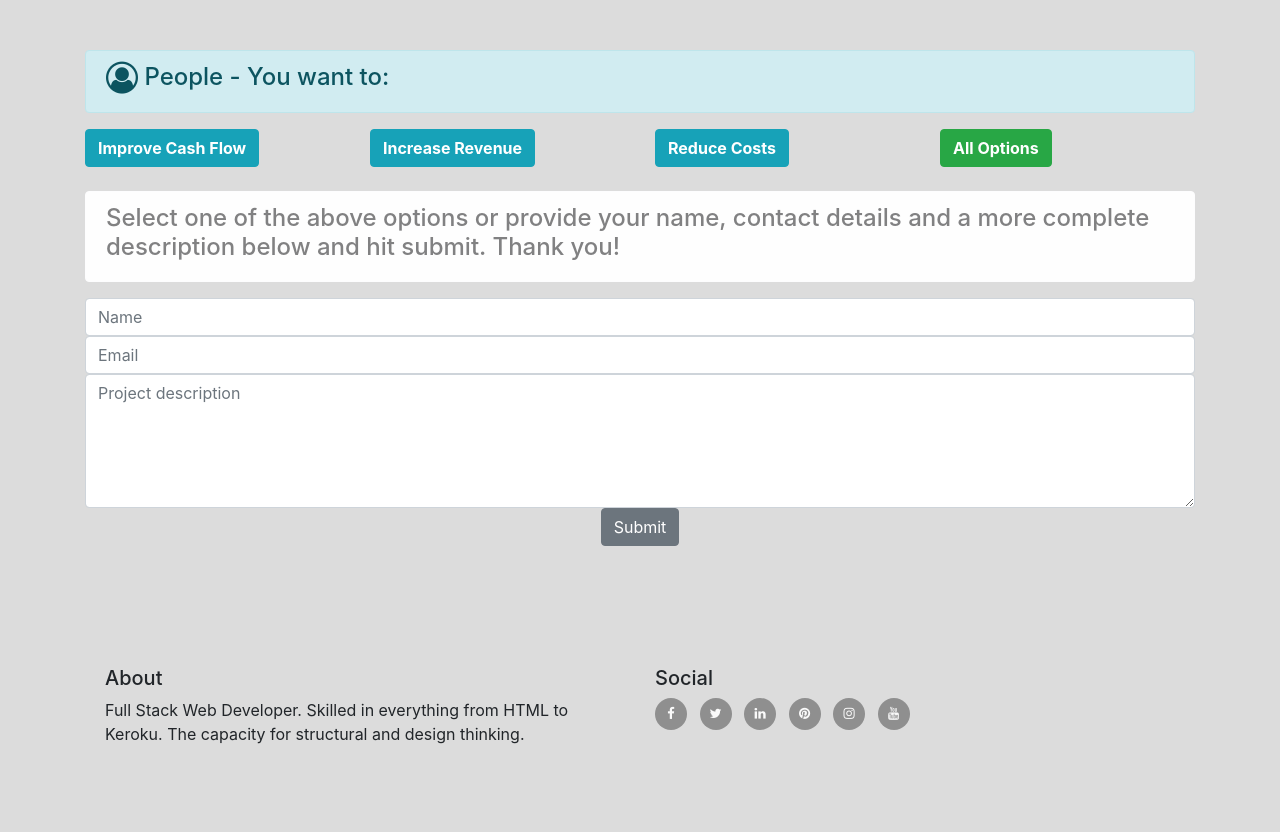
Repository: Code-Institute-Submissions/tenerim-milestone1
Page: People.html
The author's editor kept a record of every edit. The page is drawn from the files as they stood at one moment, then again after the next edit.
The browser window is 1280 px wide. The pictures show the whole page.

Above is the page before.

### People.html
<!DOCTYPE html>
<html lang="en">

<head>
    <meta charset="UTF-8">
    <meta name="viewport" content="width=device-width, initial-scale=1.0">
    <meta http-equiv="X-UA-Compatible" content="ie=edge">
    <link rel="stylesheet" href="https://stackpath.bootstrapcdn.com/bootstrap/4.3.1/css/bootstrap.min.css" type="text/css" />
    <link href="https://stackpath.bootstrapcdn.com/bootstrap/4.3.1/css/bootstrap.min.css" rel="stylesheet" integrity="sha384-ggOyR0iXCbMQv3Xipma34MD+dH/1fQ784/j6cY/iJTQUOhcWr7x9JvoRxT2MZw1T" crossorigin="anonymous">
    <link rel="stylesheet" href="https://stackpath.bootstrapcdn.com/font-awesome/4.7.0/css/font-awesome.min.css" type="text/css" />
    <link href="https://stackpath.bootstrapcdn.com/font-awesome/4.7.0/css/font-awesome.min.css" rel="stylesheet" integrity="sha384-wvfXpqpZZVQGK6TAh5PVlGOfQNHSoD2xbE+QkPxCAFlNEevoEH3Sl0sibVcOQVnN" crossorigin="anonymous">
    <link rel="stylesheet" href="assets/css/style.css" type="text/css" />
    <title>MT Milestone Project 1</title>

</head>

<!-------------------------------------------------------------People -->

<body>

    <section id="People" ;>

        <div class="container">

            <div class="row">
                <div class="col-sm-12">
                    <div class="alert alert-info" role="alert">
                        <h4 class="alert-heading"><i class="fa fa-user-circle-o fa-lg" aria-hidden="true"></i> People - You want to:</h4>
                    </div>
                </div>
            </div>

            <div class="row">

                <div class="col-sm-3">
                    <button type="button" class="btn btn-info"><a href="#" class="alert-link">Improve Cash Flow</a></button> <br />
                </div>
                <div class="col-sm-3">
                    <button type="button" class="btn btn-info"><a href="#" class="alert-link">Increase Revenue</a></button> <br />
                </div>
                <div class="col-sm-3">
                    <button type="button" class="btn btn-info"><a href="#" class="alert-link">Reduce Costs</a></button> <br />
                </div>
                <div class="col-sm-3">
                    <button type="button" class="btn btn-success"><a href="#" class="alert-link">All Options</a></button> <br /> <br />
                </div>
            </div>

            <div class="alert alert-light" role="alert">
                <h4 class="alert-heading">Select one of the above options or provide your name, contact details and a more complete description below and hit submit. Thank you!</h4>
            </div>

            <div class="center-form">
                <form>
                    <input type="text" name="name" id="fullname" class="form-control" placeholder="Name" required />
                    <input type="email" name="email" id="emailaddress" class="form-control" placeholder="Email" required />
                    <textarea rows="5" name="projectsummary" id="projectsummary" class="form-control" placeholder="Project description" required></textarea>
                    <div class="form-row text-center">
                        <div class="col">
                            <button type="submit" class="btn btn-secondary">Submit</button>
                        </div>
                    </div>
                </form>
            </div>

        </div>

    </section>


    <!-------------------------------------------------------------Footer -->

    <Section id="footer" ;>

        <footer class="container">
            <div id="footer-details" class="row">
                <div class="col-sm-6">
                    <h5 class="uppercase general-sub">About</h5>
                    <p class "inline-block">
                        Full Stack Web Developer. Skilled in everything from HTML to Keroku. The capacity for structural and design thinking.</p>
                </div>


                <div class="col-sm-6">
                    <h5 class="uppercase general-sub">Social</h5>
                    <ul class="list-inline social-links">
                        <li class="list-inline-item">
                            <a target="_blank" href="#">
                            <i class="fa fa-facebook" aria-hidden="true"></i>
                            <span class="sr-only">Facebook</span>
                        </a>
                        </li>
                        <li class="list-inline-item">
                            <a target="_blank" href="#">
                            <i class="fa fa-twitter" aria-hidden="true"></i>
                            <span class="sr-only">twitter</span>
                        </a>
                        </li>
                        <li class="list-inline-item">
                            <a target="_blank" href="#">
                            <i class="fa fa-linkedin" aria-hidden="true"></i>
                            <span class="sr-only">LinkedIn</span>
                        </a>
                        </li>
                        </li>
                        <li class="list-inline-item">
                            <a target="_blank" href="#">
                            <i class="fa fa-pinterest" aria-hidden="true"></i>
                            <span class="sr-only">Pinterest</span>
                        </a>
                        </li>
                        </li>
                        <li class="list-inline-item">
                            <a target="_blank" href="#">
                            <i class="fa fa-instagram" aria-hidden="true"></i>
                            <span class="sr-only">Instagram</span>
                        </a>
                        </li>
                        </li>
                        <li class="list-inline-item">
                            <a target="_blank" href="#">
                            <i class="fa fa-youtube" aria-hidden="true"></i>
                            <span class="sr-only">YouTube</span>
                        </a>
                        </li>
                    </ul>
                </div>
            </div>

        </footer>

    </Section>

</body>

</html>

### assets/css/style.css
.container-fluid {
    background-color: rgb(220, 220, 220);
}

section {
    background-color: rgb(220, 220, 220);
    padding-top: 50px;
    padding-bottom: 50px;
}

.splash {
    background-color: rgb(192, 192, 192);
}


.display-4 {
    padding-top: 50px;
}


.lead {
    padding-bottom: 50px;
}


.headbox {
    border-radius: 25px;
    border: 2px solid #73AD21;
    padding: 10px;
    text-align: center;
    width: 200px;

}

h4 {
    color: rgb(255, 255, 255);
}


.alert-link {

color: rgb(255, 255, 255);
}

/*--------------------------------------How I Got Here-----*/

.timeline-item {
    padding: 0em 1em 1em 1em;
    border-left: 1px solid;
}

.timeline-item:before {
    content: attr(data-dates);
    left: 2.5em;
    top: 3em;
    display: block;
    font-weight: 500;
    font-size: 1em;
    color: #fafafa;
}

.timeline-item:after {
    width: 12px;
    height: 12px;
    display: block;
    top: -3em;
    position: relative;
    left: -23px;
    border-radius: 12px;
    content: "";
    background: #fafafa;
}


/*--------------------------------------How I Add Value-----*/








/*--------------------------------------Contact-----*/

.contact {
  position: relative;
  text-align: center;
  color: white;
}


.top-left {
  position: absolute;
  top: 8px;
  left: 16px;
}




/*--------------------------------------Footer-----*/

.social-links {
    padding-bottom: 15px;
}

.social-links li a i {
    width: 32px;
    height: 32px;
    padding: 12px 0;
    border-radius: 50%;
    font-size: 13px;
    line-height: 7px;
    text-align: center;
    color: #fafafa;
    background: #8f8f8f;
    transition: all 0.35s ease-in-out;
    -moz-transition: all 0.35s ease-in-out;
    -webkit-transition: all 0.35s ease-in-out;
    -o-transition: all 0.35s ease-in-out;
}

.social-links li a i:hover {
    background: #e84610;
}

#footer-details {
    padding: 20px;
}

After the next edit:
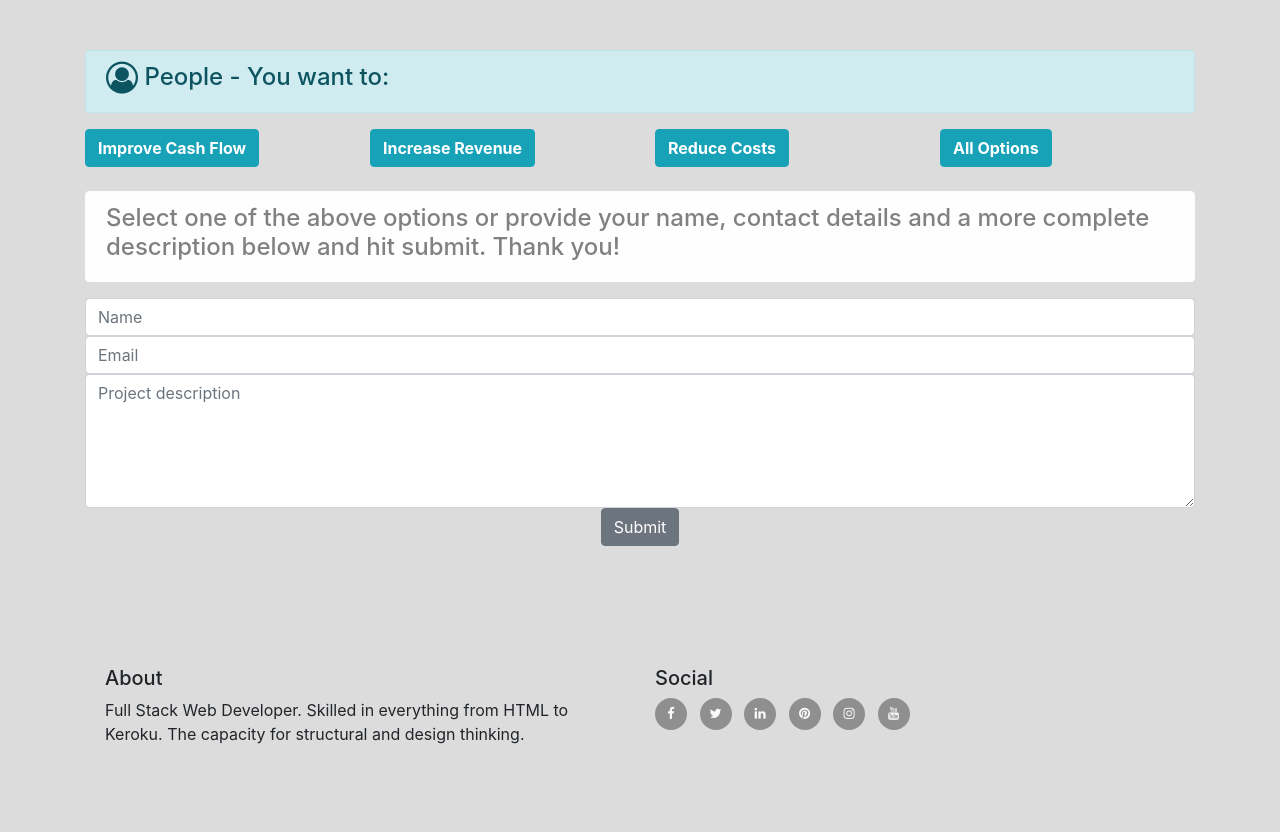
The edit:
--- a/People.html
+++ b/People.html
@@ -42,7 +42,7 @@
                     <button type="button" class="btn btn-info"><a href="#" class="alert-link">Reduce Costs</a></button> <br />
                 </div>
                 <div class="col-sm-3">
-                    <button type="button" class="btn btn-success"><a href="#" class="alert-link">All Options</a></button> <br /> <br />
+                    <button type="button" class="btn btn-info"><a href="#" class="alert-link">All Options</a></button> <br /> <br />
                 </div>
             </div>
 
